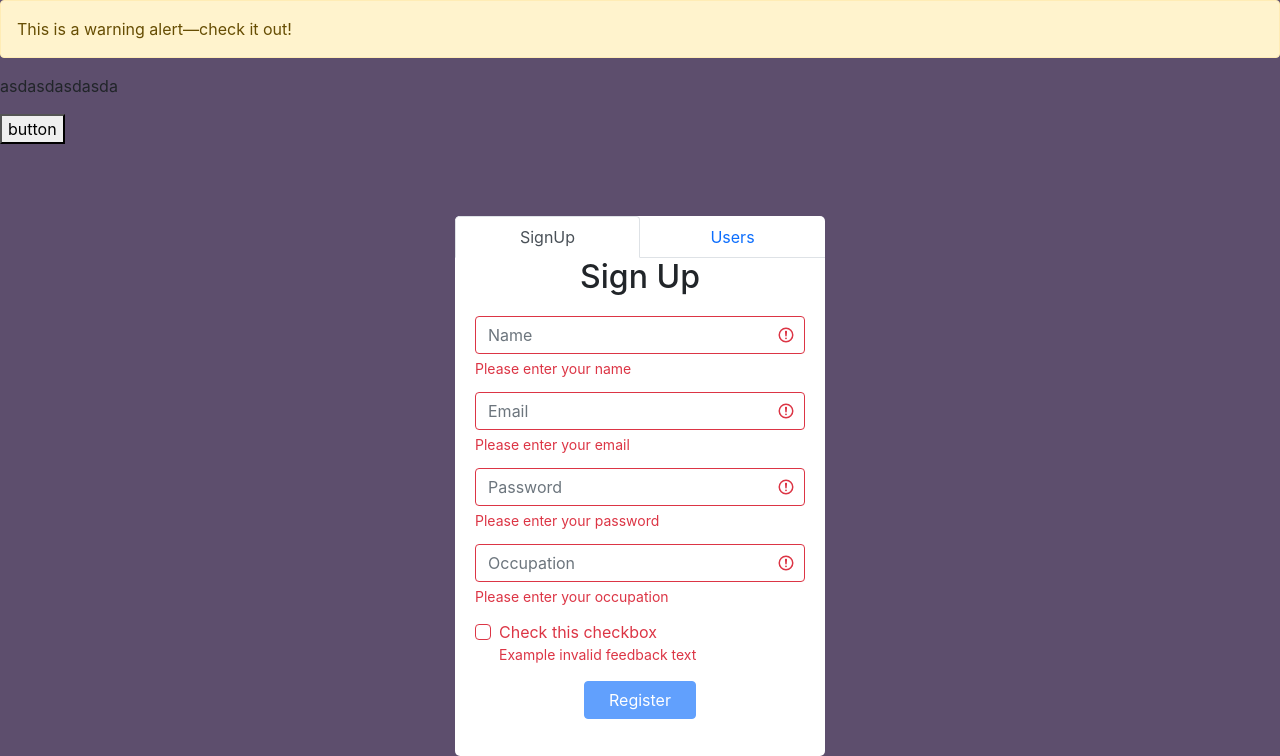
Repository: asadalibest1/SignUp-from
Page: /
These files come from the project's save history. The page is drawn as it stood at one moment and after the next save; the edit follows.
The browser window is 1280 px wide. The pictures show the whole page.
The project was rebuilt for these pictures with package versions that can differ from the ones it lists, and the page was loaded fresh each time.

Above is the page before, as saved 2021-02-08 23:00:04.

After the next save:
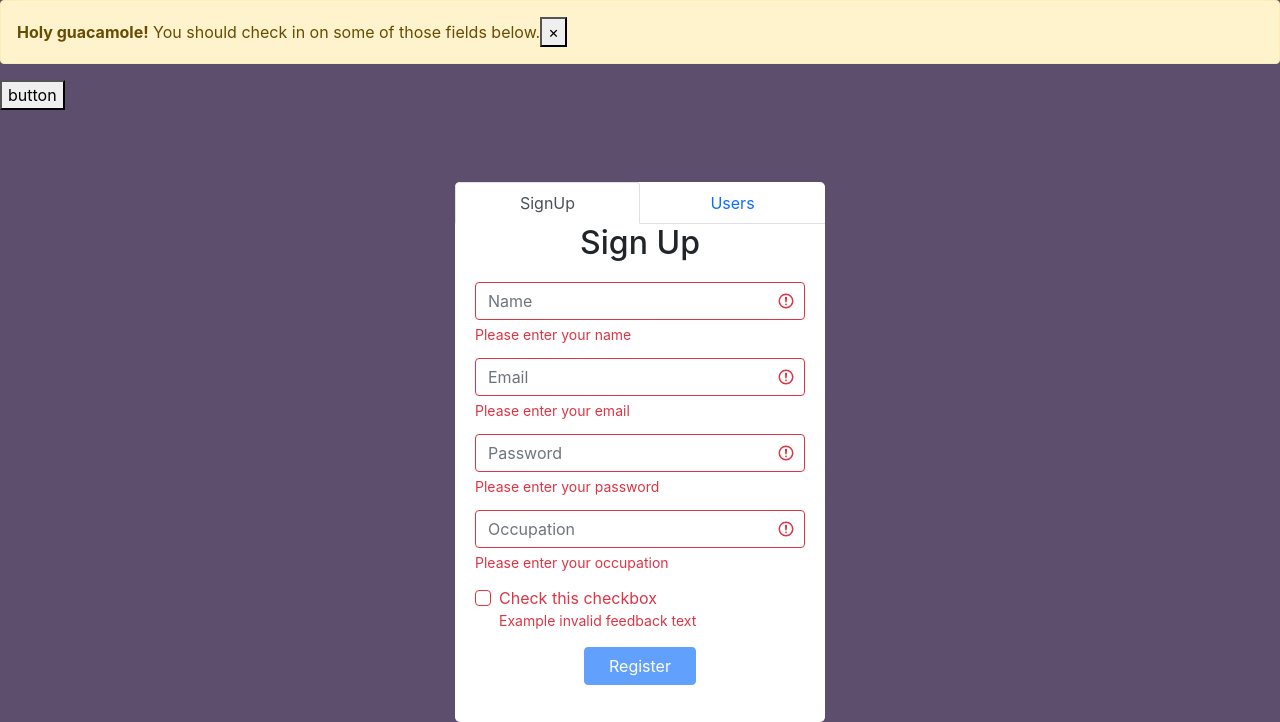
Saved 58 s later.
--- a/src/components/App1/App1.js
+++ b/src/components/App1/App1.js
@@ -11,11 +11,13 @@ export default function App1() {
     }
     return (
         <div>
-            <div className="alertea alert alert-warning" role="alert">
-                This is a warning alert—check it out!
+            <div class="alert alert-warning alert-dismissible fade show" role="alert">
+                <strong>Holy guacamole!</strong> You should check in on some of those fields below.
+                        <button type="button" class="close" data-dismiss="alert" aria-label="Close">
+                    <span aria-hidden="true">&times;</span>
+                </button>
             </div>
-                <p className="alertea">asdasdasdasda</p>
-                <button onClick={Chnage}>button</button>
+            <button onClick={Chnage}>button</button>
             <Tabs />
         </div>
     )
